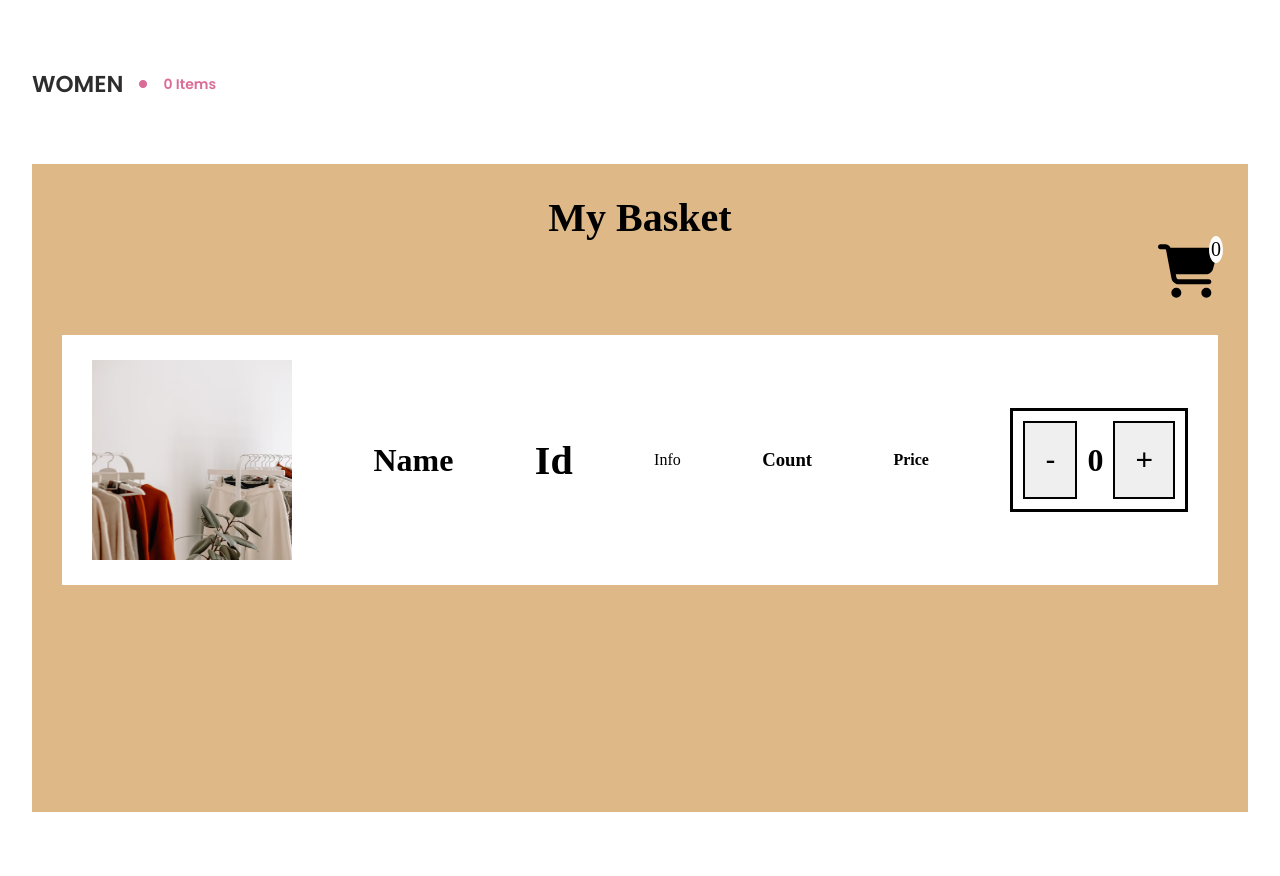
Repository: PoladEziz/Ecommerce-Page
Page: pages/shopPage/index.html
The author's editor kept a copy of each file at every save. The page is drawn from the files as they stood at one save, then again after a run of saves.
The browser window is 1280 px wide. The pictures show the whole page.

Above is the page before, as saved 2023-11-09 15:53:39.
Console error: SyntaxError: Identifier 'addBtns' has already been declared

### pages/shopPage/index.html
<!DOCTYPE html>
<html lang="en">
  <head>
    <meta charset="UTF-8" />
    <meta name="viewport" content="width=device-width, initial-scale=1.0" />
    <title>Document</title>
    <link
      rel="stylesheet"
      href="https://cdnjs.cloudflare.com/ajax/libs/font-awesome/6.4.2/css/all.min.css"
      integrity="sha512-z3gLpd7yknf1YoNbCzqRKc4qyor8gaKU1qmn+CShxbuBusANI9QpRohGBreCFkKxLhei6S9CQXFEbbKuqLg0DA=="
      crossorigin="anonymous"
      referrerpolicy="no-referrer"
    />
    <link rel="stylesheet" href="../../assets/css/reset.css" />
    <link rel="stylesheet" href="./index.css" />
  </head>
  <body>
    <div class="shop-page">
      <div class="head">
        <h1>WOMEN</h1>
        <img src="../../assets/img/Ellipse 1.png" alt="" />
        <h2>0 Items</h2>
      </div>
      <div class="main">
        <ul>
          <!-- <li>
            <div class="image-box">
              <img
                class="main-photo"
                src="../../assets/img/image 13.png"
                alt=""
              />
              <div class="buttons-box">
                <div class="ratigns">
                  <img
                    src="../../assets/img/icon emojione-star.png"
                    alt=""
                    srcset=""
                  />
                  <h5>4.3</h5>
                </div>
                <button>
                  <img src="../../assets/img/no-fav.svg" alt="" />
                </button>
              </div>
            </div>

            <h3>Forever 21</h3>
            <p>Plush body-hug sweater</p>
            <h4>Rs. 1790</h4>
            <div class="buttons">
              <button class="add">
                <i class="fa-solid fa-cart-shopping"></i>
              </button>
              <button class="delete">
                <i class="fa-sharp fa-solid fa-trash"></i>
              </button>
            </div>
          </li> -->
        </ul>
      </div>
      <div class="basket">
        <h2>My Basket</h2>
        <div class="basket-icon">
          <img class="shop-icon-img" src="../../assets/img/cart-shopping-solid.svg" alt="">
          <p class="number-p">0</p>
        </div>
        <p><span></span></p>
        <ul>
          <li><img src="../../assets/img/image 1.png" alt="">
          <h1>Name</h1>
          <h2>Id</h2>
          <p>Info</p>
          <h3>Count</h3>
          <h4>Price</h4>
          <div class="counter-div">
            <button class="decrease">-</button>
            <h1 class="counter">0</h1>
            <button class="increase">+</button>
          </div>
          </li>
        </ul>
      </div>
    </div>
  </body>
  <script src="./index.js"></script>
</html>

### assets/css/reset.css
*{
    padding: 0;
    margin: 0;
    box-sizing: border-box;
}
button{
    border: none;
}
li{
    list-style-type: none;
}
a{
    text-decoration: none;
}

### pages/shopPage/index.css
@import url("https://fonts.googleapis.com/css2?family=Poppins:wght@400;600&display=swap");
.shop-page {
  width: 100%;
  min-height: 100vh;
  padding: 64px 32px;
}
.shop-page .head {
  display: flex;
  align-items: center;
  margin-bottom: 40px;
}
.shop-page .head h1 {
  color: var(--text-color-primary, #2d2d2d);
  font-family: Poppins;
  font-size: 23px;
  font-style: normal;
  font-weight: 600;
  line-height: 32px;
}
.shop-page .head img {
  width: 8px;
  height: 8px;
  margin: 16px;
}
.shop-page .head h2 {
  color: var(--text-color-accent, #db6b97);
  font-family: Poppins;
  font-size: 14px;
  font-style: normal;
  font-weight: 600;
  line-height: 24px;
}
.shop-page .main ul {
  display: grid;
  grid-template-columns: repeat(4, 1fr);
  grid-row-gap: 50px;
  grid-column-gap: 120px;
}
.shop-page .main ul li {
  display: flex;
  flex-direction: column;
  gap: 16px;
}
.shop-page .main ul li .image-box {
  position: relative;
}
.shop-page .main ul li .image-box button {
  background: none;
}
.shop-page .main ul li .image-box .buttons-box {
  width: 100%;
  padding: 0 16px;
  position: absolute;
  bottom: 24px;
  display: flex;
  justify-content: space-between;
}
.shop-page .main ul li .ratigns {
  width: 55px;
  height: 24px;
  padding: 4px 8px;
  border-radius: 4px;
  background: var(--text-color-secondary, #fff);
  display: flex;
}
.shop-page .main ul li .ratigns h5 {
  margin-left: 4px;
  color: var(--text-color-primary, #2d2d2d);
  font-family: Poppins;
  font-size: 12px;
  font-style: normal;
  font-weight: 600;
  line-height: 16px;
}
.shop-page .main ul li .main-photo {
  width: 100%;
  height: 360px;
}
.shop-page .main ul li h3 {
  color: var(--text-color-primary, #2d2d2d);
  font-family: Poppins;
  font-size: 16px;
  font-style: normal;
  font-weight: 600;
  line-height: 24px;
}
.shop-page .main ul li p {
  color: var(--text-color-tertiary, #737373);
  font-family: Poppins;
  font-size: 14px;
  font-style: normal;
  font-weight: 400;
  line-height: 24px;
}
.shop-page .main ul li h4 {
  color: var(--text-color-accent, #db6b97);
  font-family: Poppins;
  font-size: 14px;
  font-style: normal;
  font-weight: 600;
  line-height: 24px;
}
.shop-page .main ul li .buttons {
  display: flex;
  align-items: center;
  justify-content: space-between;
}
.shop-page .main ul li .buttons i {
  font-size: 20px;
}
.shop-page .basket {
  width: 100%;
  min-height: 90vh;
  margin-top: 20px;
  padding: 30px;
  background-color: burlywood;
}
.shop-page .basket h2 {
  font-size: 40px;
  text-align: center;
}
.shop-page .basket .basket-icon {
  width: 60px;
  margin-left: auto;
  position: relative;
}
.shop-page .basket .basket-icon .shop-icon-img {
  width: 60px;
  height: 60px;
}
.shop-page .basket .basket-icon .number-p {
  position: absolute;
  top: -5px;
  right: -5px;
  font-size: 20px;
  background-color: #FFF;
  border: 2px solid white;
  border-radius: 50%;
}
.shop-page .basket ul {
  margin-top: 30px;
  display: flex;
  flex-direction: column;
}
.shop-page .basket ul li {
  display: flex;
  align-items: center;
  justify-content: space-between;
  padding: 30px;
  width: 100%;
  height: 250px;
  background-color: #FFF;
}
.shop-page .basket ul li img {
  width: 200px;
  height: 200px;
}
.shop-page .basket ul li .counter-div {
  display: flex;
  align-items: center;
  border: 3px solid black;
}
.shop-page .basket ul li .counter-div button {
  border: 2px solid black;
  padding: 20px;
  margin: 10px;
  font-size: 30px;
}/*# sourceMappingURL=index.css.map */

### pages/shopPage/index.js
let ul = document.querySelector("ul");
let h2 = document.querySelector("h2");
function getProduct() {
  let data = JSON.parse(localStorage.getItem("product"));

  h2.innerText = ` ${data.length} Items`;
  data.forEach((element) => {
    ul.innerHTML += `
    <li>
    <div class="image-box">
      <img
        class="main-photo"
        src="${element.productImg}"
        alt=""
      />
      <div class="buttons-box">
        <div class="ratigns">
          <img
            src="../../assets/img/icon emojione-star.png"
            alt=""
            srcset=""
          />
          <h5>4.3</h5>
        </div>
        <button class="no-fav-btn">
        <img class="no-fav" src="../../assets/img/no-fav.svg" alt="">
        </button>
      </div>
    </div>

    <h3>${element.productName} <br> # <span>${element.productId} </span>  </h3>
    <h5>${element.productInfo} <br> <p>${element.productCount}</p></h5>
    <h4>$ ${element.productAmount}</h4>
<div class="buttons">
<button class="add">
  <i class="fa-solid fa-cart-shopping"></i>
</button>
<button class="delete">
  <i class="fa-sharp fa-solid fa-trash"></i>
</button>
</div>
   </li>
   `;
  });
}
getProduct();
// fav action
let fav = false;
let noFavBtn = document.querySelectorAll(".no-fav-btn");
noFavBtn.forEach((element) => {
  element.addEventListener("click", () => checkFav(element));
});
function checkFav(element) {
  if (fav) {
    element.querySelector("img").src = "../../assets/img/no-fav.svg";
    fav = false;
  } else {
    element.querySelector("img").src = "../../assets/img/fav.svg";
    fav = true;
  }
}
// delete action
let deleteBtn = document.querySelectorAll(".delete");
deleteBtn.forEach((element) => {
  element.addEventListener("click", () => deleteProduct(element));
});
function deleteProduct(element) {
  let data = JSON.parse(localStorage.getItem("product"));
  let productId =
    element.parentElement.parentElement.querySelector("span").innerText;
  let productCount = element.parentElement.parentElement.querySelector("h5 p");

  if (productCount.innerText > 1) {
    productCount.innerText = productCount.innerText - 1;
    editLocalStorage(productId, data);
  } else {
    element.parentElement.parentElement.remove();
    removeLocalStorage(productId, data);
  }
}

// delete from localStorage
function editLocalStorage(id, data) {
  data.forEach((element) => {
    if (element.productId == id) {
      element.productCount--;
      localStorage.setItem("product", JSON.stringify(data));
    }
  });
}

function removeLocalStorage(id, data) {
  let newArr = data.filter((object) => {
    return object.productId != id;
  });
  localStorage.setItem("product", JSON.stringify(newArr));
}



// add to basket
let addBtns=document.querySelectorAll('.add')
let basketCount= document.querySelector('.number-p')
let
addBtns.forEach((element)=>{
  element.addEventListener('click', ()=>addBasket(element))
})

function addBasket(event){
  console.log('sala');
}

After the next 2 saves:
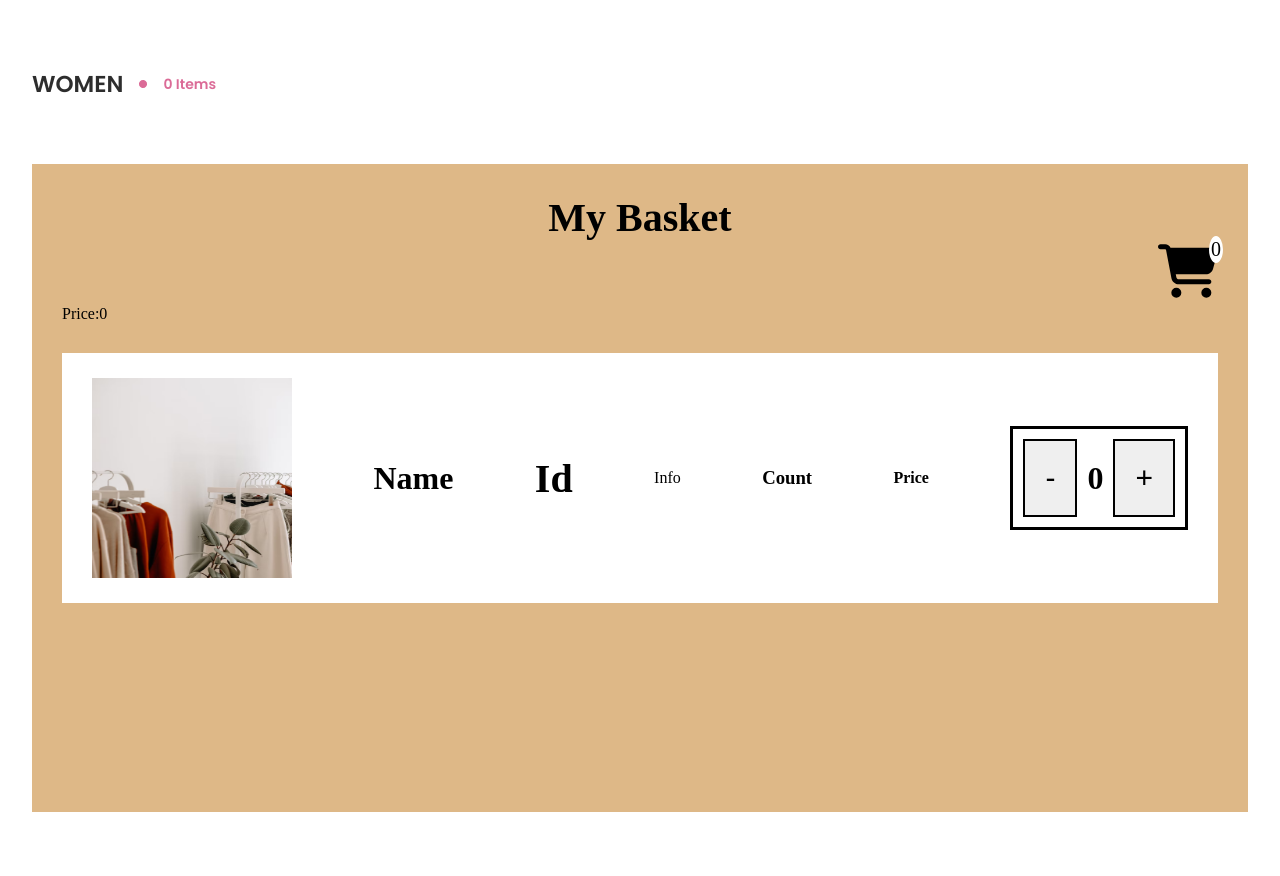
The 2 saves are shown as one change because they came seconds apart.
The last was saved 7 s later.
--- a/pages/shopPage/index.html
+++ b/pages/shopPage/index.html
@@ -65,7 +65,7 @@
           <img class="shop-icon-img" src="../../assets/img/cart-shopping-solid.svg" alt="">
           <p class="number-p">0</p>
         </div>
-        <p><span></span></p>
+        <p>Price:<span>0</span></p>
         <ul>
           <li><img src="../../assets/img/image 1.png" alt="">
           <h1>Name</h1>
